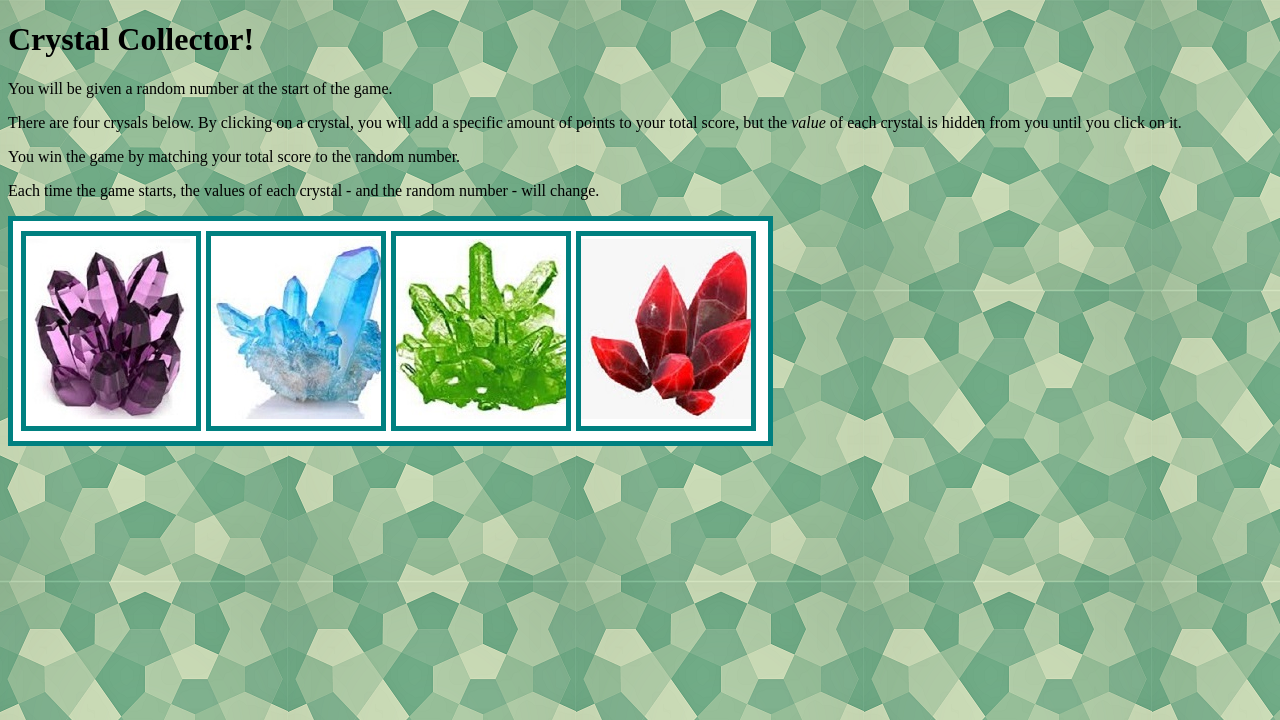
Repository: dsaftler/unit-4-game
Page: index.html
An editor plug-in stored every save of this project. The page is shown before and after the next save, followed by the edit.
The browser window is 1280 px wide. The pictures show the whole page.

Above is the page before, as saved 2019-04-01 19:09:29.

### index.html
<!DOCTYPE html>
<html lang="en">
<head>
  <meta charset="UTF-8">
  <meta name="viewport" content="width=device-width, initial-scale=1.0">
  <meta http-equiv="X-UA-Compatible" content="ie=edge">
  <link rel="stylesheet" href="assets/css/reset.css">
  <link rel="stylesheet" href="assets/css/style.css">
  <script src="https://ajax.googleapis.com/ajax/libs/jquery/3.3.1/jquery.min.js"></script>


  <title>Puzzle Crystal Collector</title>
</head>
<body>
<h1>Crystal Collector!</h1>
<p>You will be given a random number at the start of the game.</p>
<p>There are four crysals below.  By clicking on a crystal, you will add a specific amount of points to your total score, but the <em>value</em> of each crystal is hidden from you until you click on it.</p>
<p>You win the game by matching your total score to the random number.</p>
<p>Each time the game starts, the values of each crystal - and the random number - will change.</p>

<div class="crystal-set">
  <div class="crystal clearfix" id="crystal_1"><img src="assets/images/crystal_1.jpg"></div>
  <div class="crystal clearfix" id="crystal_2"><img src="assets/images/crystal_2.jpg"></div>
  <div class="crystal clearfix" id="crystal_3"><img src="assets/images/crystal_3.jpg"></div>
  <div class="crystal clearfix" id="crystal_4"><img src="assets/images/crystal_4.jpg"></div>
</div>


</body>
</html>

### assets/css/style.css
* {
  box-sizing: border-box;
}
body {
background-image: url("assets/images/congruent_pentagon.png")
}
.container{
  background-color: "green"

}
.crystal-set{
  background-color: #ffffff;
  height: 230px;
  width: 765px;
  border:5px solid teal;
  padding: 5px;
  padding-left:8px;
}
.crystal{
  display: block;
  align-content: center;
  float: left;
  height: 200px;
  width: 180px;
  margin-right: 5px;
  margin-top: 5px;

  border: teal 5px solid;


}
.clearfix {
  overflow: hidden;
}

Loaded but not shown: assets/css/reset.css (no stored copy; drawn as an empty file)

After the next save:
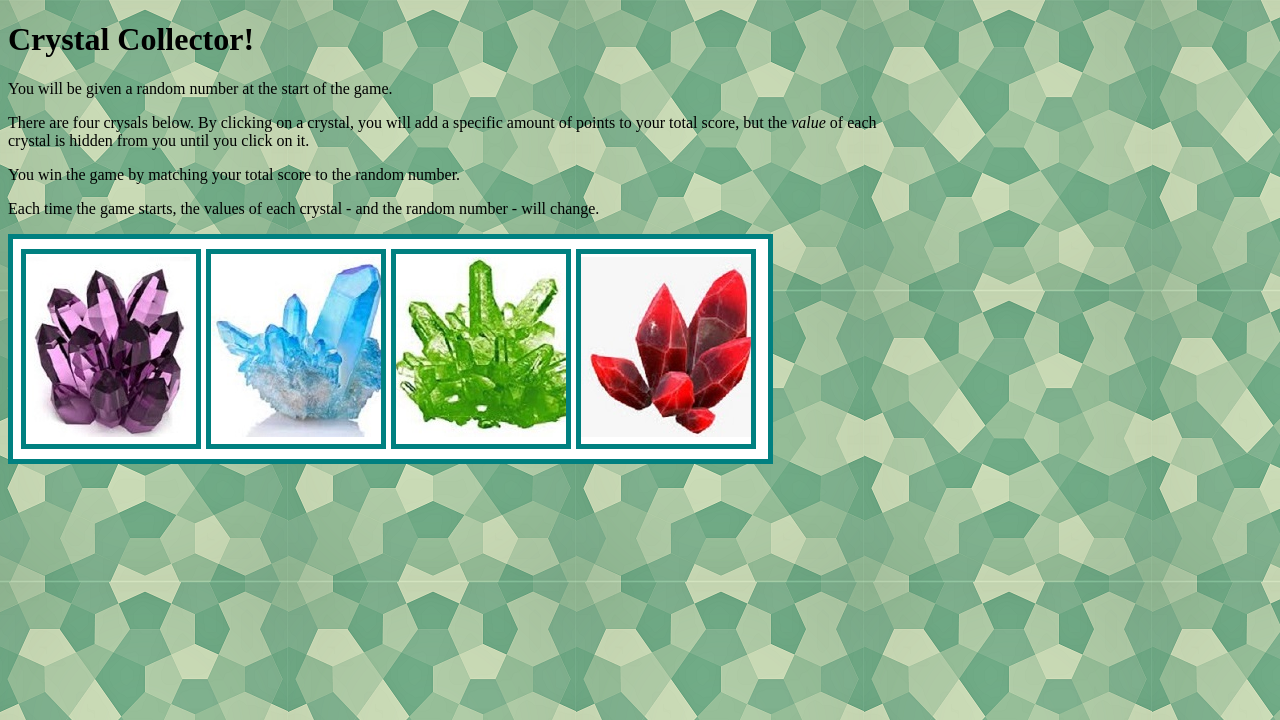
Saved 70 s later.
--- a/assets/css/style.css
+++ b/assets/css/style.css
@@ -2,7 +2,9 @@
   box-sizing: border-box;
 }
 body {
-background-image: url("assets/images/congruent_pentagon.png")
+background-image: url("assets/images/congruent_pentagon.png");
+width: 70%;
+
 }
 .container{
   background-color: "green"
